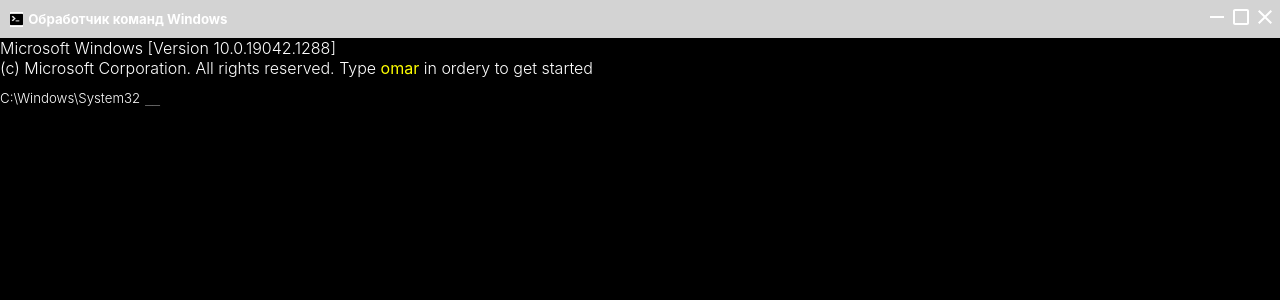
Repository: om1ars/cmd-port
Page: /
The author's editor kept a copy of each file at every save. The page is drawn from the files as they stood at one save, then again after a run of saves.
The browser window is 1280 px wide. The pictures show the whole page.
The project was rebuilt for these pictures with package versions that can differ from the ones it lists, and the page was loaded fresh each time.

Above is the page before, as saved 2021-11-04 14:40:59.

After the next 7 saves:
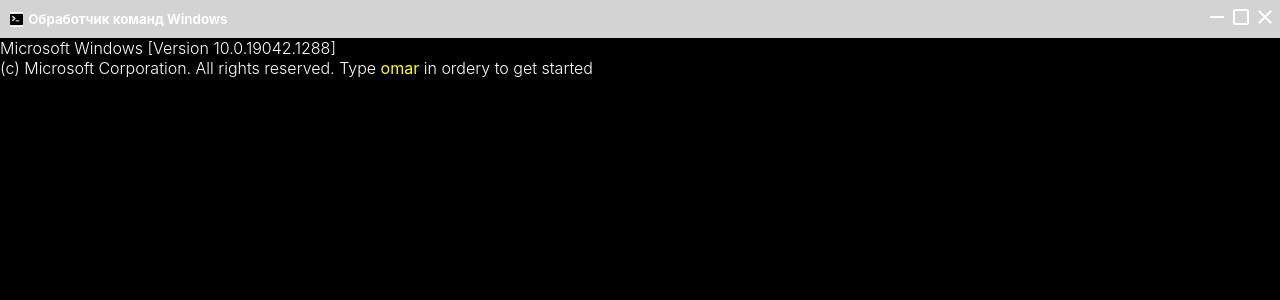
The 7 saves are shown as one change because 2 did not build or start and some came seconds apart.
The last was saved 76 s later.
--- a/src/App.js
+++ b/src/App.js
@@ -44,20 +44,22 @@
           Corporation. All rights reserved. Type <span> omar </span> in ordery
           to get started
         </p>
-        <h5>
-          C:\Windows\System32
-          <form onSubmit={handleSubmit}>
-            <input
-              value={state}
-              onChange={(e) => setState(e.target.value)}
-              type="text"
-              placeholder="__"
-            />
-            <button type="submit" onClick={handleClick}></button>
-          </form>
-          {omar && <p>hello</p>}
-          {please && <p className='please'>{please}</p>}
-        </h5>
+
+        {omar && (
+          <h5>
+            C:\Windows\System32
+            <form onSubmit={handleSubmit}>
+              <input
+                value={state}
+                onChange={(e) => setState(e.target.value)}
+                type="text"
+                placeholder="__"
+              />
+              <button type="submit" onClick={handleClick}></button>
+            </form>
+          </h5>
+        )}
+        {please && <p className="please">{please}</p>}
       </div>
     </div>
   );

After the 4 saves that followed:
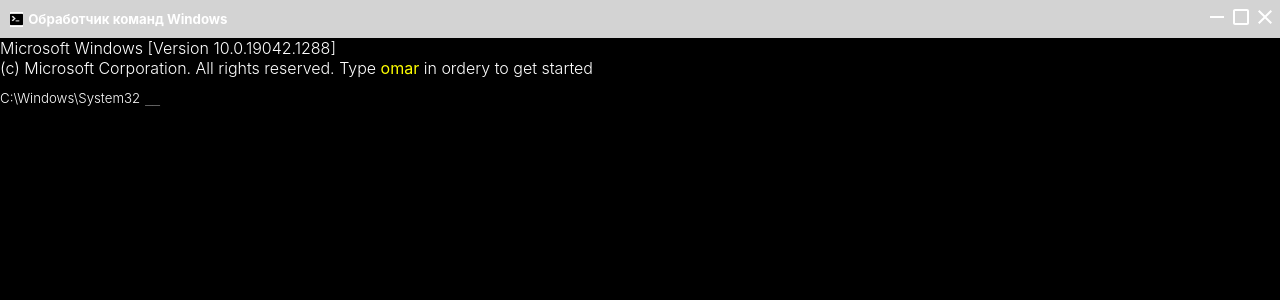
The 4 saves are shown as one change because they came seconds apart.
The last was saved 62 s later.
--- a/src/App.js
+++ b/src/App.js
@@ -44,7 +44,18 @@
           Corporation. All rights reserved. Type <span> omar </span> in ordery
           to get started
         </p>
-
+        <h5>
+          C:\Windows\System32
+          <form onSubmit={handleSubmit}>
+            <input
+              value={state}
+              onChange={(e) => setState(e.target.value)}
+              type="text"
+              placeholder="__"
+            />
+            <button type="submit" onClick={handleClick}></button>
+          </form>
+        </h5>
         {omar && (
           <h5>
             C:\Windows\System32
